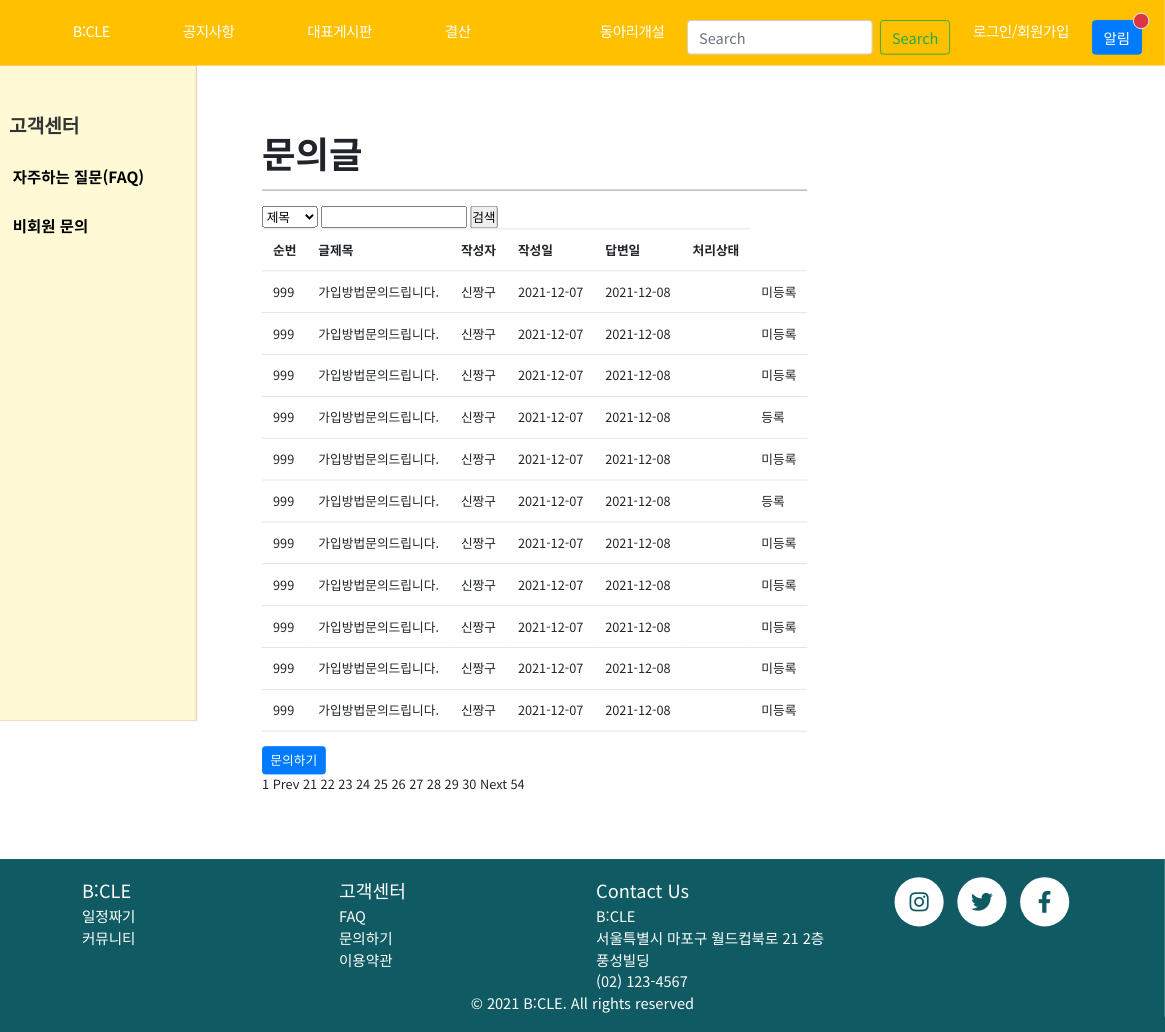
Repository: hyodii/FinalProject
Page: http://localhost/ViewPage/nonmemberQnaList.jsp
The author's editor kept a copy of each file at every save. The page is drawn from the files as they stood at one save, then again after the next save.
The browser window is 1280 px wide. The pictures show the whole page, at 91% of full size.
Some web fonts or font styles are not loaded; a fallback is used. Some web libraries are served in a nearby version. The page is served by Tomcat 9.

Above is the page before, as saved 2021-12-14 08:16:15.

### ViewPage/WebContent/nonmemberQnaList.jsp
<%@ page contentType="text/html; charset=UTF-8"%>
<%@ taglib prefix="c" uri="http://java.sun.com/jsp/jstl/core"%>
<%
   request.setCharacterEncoding("UTF-8");
   String cp = request.getContextPath();
%>
<!DOCTYPE html>
<html>
<head>
<meta charset="UTF-8">
<title>footerNonmemberList.jsp</title>
<style type="text/css">

#content{
margin: 10vh 0vh 10vh 10vh;
}

.merge{
display : flex;
}
</style>
</head>
<body>
<!--
	footerNonmemberList.jsp
	- 푸터 - 고객센터 - 비회원 문의
-->
<div id="wrap">
	<div>
		<!-- nav 영역 -->
		<c:import url="nav.jsp"></c:import>

		<!-- 게시판 이동 영역 -->



		<div class="merge">
		<!-- 사이드바 -->
		<div>
			<c:import url="sidebarQna.jsp"></c:import>
		</div>


		<!-- 콘텐츠 영역 -->
		<div id="content">
			<h1>문의글</h1>
			<hr>

			<div id="search">
				<form action="" name="searchForm" method="post">
					<select name="searchKey" class="selectField">
						<option value="subject">제목</option>
						<option value="name">작성자</option>
					</select> <input type="text" name="searchValue" class="textField">
					<input type="button" value="검색" class="btn2" onclick="sendIt()">
				</form>
			</div>

			<table id="questionList" class="table">
				<tr>
					<th>순번</th>
					<th>글제목</th>
					<th>작성자</th>
					<th>작성일</th>
					<th>답변일</th>
					<th>처리상태</th>
				</tr>

				<tr>
					<td>999</td>
					<td>가입방법문의드립니다.</td>
					<td>신짱구</td>
					<td>2021-12-07</td>
					<td>2021-12-08</td>
					<td></td>
					<td>미등록</td>
				</tr>


				<tr>
					<td>999</td>
					<td>가입방법문의드립니다.</td>
					<td>신짱구</td>
					<td>2021-12-07</td>
					<td>2021-12-08</td>
					<td></td>
					<td>미등록</td>
				</tr>

				<tr>
					<td>999</td>
					<td>가입방법문의드립니다.</td>
					<td>신짱구</td>
					<td>2021-12-07</td>
					<td>2021-12-08</td>
					<td></td>
					<td>미등록</td>
				</tr>

				<tr>
					<td>999</td>
					<td>가입방법문의드립니다.</td>
					<td>신짱구</td>
					<td>2021-12-07</td>
					<td>2021-12-08</td>
					<td></td>
					<td>등록</td>
				</tr>

				<tr>
					<td>999</td>
					<td>가입방법문의드립니다.</td>
					<td>신짱구</td>
					<td>2021-12-07</td>
					<td>2021-12-08</td>
					<td></td>
					<td>미등록</td>
				</tr>
				<tr>
					<td>999</td>
					<td>가입방법문의드립니다.</td>
					<td>신짱구</td>
					<td>2021-12-07</td>
					<td>2021-12-08</td>
					<td></td>
					<td>등록</td>
				</tr>
				<tr>
					<td>999</td>
					<td>가입방법문의드립니다.</td>
					<td>신짱구</td>
					<td>2021-12-07</td>
					<td>2021-12-08</td>
					<td></td>
					<td>미등록</td>
				</tr>
				<tr>
					<td>999</td>
					<td>가입방법문의드립니다.</td>
					<td>신짱구</td>
					<td>2021-12-07</td>
					<td>2021-12-08</td>
					<td></td>
					<td>미등록</td>
				</tr>
				<tr>
					<td>999</td>
					<td>가입방법문의드립니다.</td>
					<td>신짱구</td>
					<td>2021-12-07</td>
					<td>2021-12-08</td>
					<td></td>
					<td>미등록</td>
				</tr>
				<tr>
					<td>999</td>
					<td>가입방법문의드립니다.</td>
					<td>신짱구</td>
					<td>2021-12-07</td>
					<td>2021-12-08</td>
					<td></td>
					<td>미등록</td>
				</tr>
				<tr>
					<td>999</td>
					<td>가입방법문의드립니다.</td>
					<td>신짱구</td>
					<td>2021-12-07</td>
					<td>2021-12-08</td>
					<td></td>
					<td>미등록</td>
				</tr>
			</table>

			<div class="enroll">
				<button class="btn btn-primary btn-sm" type="button"
					id="insertBoard" onclick="location.href='boardinsertform.action'">문의하기</button>
			</div>
			<div id="footer">
				<p>1 Prev 21 22 23 24 25 26 27 28 29 30 Next 54</p>

			</div>

		</div>
	</div>

	</div>


	<!-- 푸터 영역 -->
	<c:import url="footer.jsp"></c:import>




</div>

</body>
</html>

### ViewPage/WebContent/nav.jsp
<%@ page contentType="text/html; charset=UTF-8"%>
<%@ taglib prefix="c" uri="http://java.sun.com/jsp/jstl/core"%>
<%
	request.setCharacterEncoding("UTF-8");
String cp = request.getContextPath();
%>
<!DOCTYPE html>
<html lang="ko">
<head>
<meta charset="UTF-8">
<meta name="viewport" content="width=device-width, initial-scale=1">
<title>B:CLE</title>
<!-- <link rel="stylesheet" href="css/main.css"> -->
<link rel="stylesheet" href="css/font-awesome.min.css">
<link
	href="https://cdn.jsdelivr.net/npm/bootstrap@5.1.3/dist/css/bootstrap.min.css"
	rel="stylesheet"
	integrity="sha384-1BmE4kWBq78iYhFldvKuhfTAU6auU8tT94WrHftjDbrCEXSU1oBoqyl2QvZ6jIW3"
	crossorigin="anonymous">

<style>
@import
	url('https://fonts.googleapis.com/css?family=Exo+2|Noto+Sans+KR&display=swap')
	;
/*reset*/
* {
	margin: 0;
	padding: 0;
}
body {
	margin: 0;
}
h1, h2, h3, h4, h5, h6, p, ul, ol, li, dl, dt, dd {
	margin: 0;
	padding: 0;
}
h1, h2, h3, h4, h5, h6 {
	font-weight: 700;
	font-size: inherit;
}
a {
	color: inherit;
	text-decoration: inherit;
}
img {
	vertical-align: middle;
}
a img {
	border: none;
}
li {
	list-style: none;
}
address, em, i, ul {
	font-style: normal;
}
.mo {
	display: none;
}
body {
	font-family: 'Noto Sans KR', sans-serif;
	font-size: 14px;
}
header {
	font-family: 'Noto Sans KR', sans-serif;
	letter-spacing: -0.5px;
	background: rgb(255, 192, 0);
	color: white;
	height: 10vh;
	width: 100%;
	position: relative;
	margin-top: -20px;
}
.mainHeader {
	width: 100%;
	margin-top: 20px;
	box-sizing: border-box;
	vertical-align: center;
}
.mainHeader .gnbMo {
	display: none;
}
.mainHeader .gnb {
	float: left;
	margin-left: 80px;
	margin-top: 3vh;
}
.mainHeader .gnb li {
	float: left;
	margin-right: 80px;
}
.mainHeader .gnb li a {
	display: block;
	width: 100%;
	height: 100%;
	text-align: center;
	color: #fff;
	font-size: 16px;
	text-decoration-line: none;
}
.mainHeader .gnb li a:hover, .mainHeader .gnb li a:focus {
	color: #ff8342;
}
.mainHeader .tnb {
	float: right;
	margin-top: 3vh;
}
.mainHeader .tnb li {
	float: left;
	margin-right: 25px;
}
.mainHeader .tnb li a {
	display: block;
	width: 100%;
	height: 100%;
	text-align: center;
	font-size: 16px;
	color: #fff;
	text-decoration-line: none;
}
.mainHeader .tnb li:nth-child(1) a i, .mainHeader .tnb li:nth-child(2) a i
	{
	font-size: 20px;
	margin-right: 8px;
}
.mainHeader .tnb li:last-child a {
	display: block;
	width: 105px;
	line-height: 2;
	border: 1px solid #fff;
	border-radius: 30px;
	margin-top: 35px;
}
.mainHeader .tnb li:last-child a i {
	margin-left: 5px;
}
.mainHeader .tnb li:last-child a:hover {
	background: #fff;
	color: #ff8342;
	transition: all 0.3s;
}
.btn-primary {
    color: #fff;
    background-color: #105b63;
    border-color: #105b63;
}
</style>


</head>
<body>
	<!--header-->
	<header>
		<div class="mainHeader">
			<nav class="gnb">
				<ul>
					<li><a href="#">B:CLE</a></li>
					<li><a href="#">공지사항</a></li>
					<li><a href="#">대표게시판</a></li>
					<li><a href="#">결산</a></li>
				</ul>
			</nav>
			<nav class="tnb">
				<ul>

					<li><a href="#">동아리개설</a></li>

					<li>
						<form class="d-flex">
							<input class="form-control me-2" type="search"
								placeholder="Search" aria-label="Search">
							<button class="btn btn-outline-success" type="submit">Search</button>
						</form>
					</li>




					<li><a href="#"></i>로그인/회원가입</a></li>
					<li><button type="button"
							class="btn btn-primary position-relative">
							알림 <span
								class="position-absolute top-0 start-100 translate-middle p-2 bg-danger border border-light rounded-circle">
								<span class="visually-hidden">New alerts</span>
							</span>
						</button></li>
				</ul>
			</nav>
			<nav class="gnbMo">
				<a href="#"><i class="fa fa-bars" aria-hidden="true"></i></a>
			</nav>
		</div>
	</header>
</body>
</html>

<!-- 검색부분에 쓸 부트스트랩 -->
<!--       <form class="d-flex">
        <input class="form-control me-2" type="search" placeholder="Search" aria-label="Search">
        <button class="btn btn-outline-success" type="submit">Search</button>
      </form> -->

### ViewPage/WebContent/sidebarQna.jsp
<%@ page contentType="text/html; charset=UTF-8"%>
<%@ taglib prefix="c" uri="http://java.sun.com/jsp/jstl/core"%>
<%
   request.setCharacterEncoding("UTF-8");
   String cp = request.getContextPath();
%>
<!DOCTYPE html>
<html>
<head>
<meta charset="UTF-8">
<title>sidebarQna.jsp</title>
<link rel="stylesheet" href="https://use.fontawesome.com/releases/v5.14.0/css/all.css" integrity="sha384-HzLeBuhoNPvSl5KYnjx0BT+WB0QEEqLprO+NBkkk5gbc67FTaL7XIGa2w1L0Xbgc" crossorigin="anonymous"><style type="text/css">
*
{
	margin: 0;
	padding: 0;
}

/* 사이드 메뉴 */
.left_menu
{
    /* position: fixed; */
    width: 30vh;
    height: 100vh;
    z-index: 10;
  	background: #FFFAD5;
    border-right: 1px solid rgba(0, 0, 0, 0.07);
    bottom: 50px;
    height: 100%;
    margin-top: 0px;
    padding-bottom: 0px;
    /* box-shadow: 0 0px 24px 0 rgb(0 0 0 / 6%), 0 1px 0px 0 rgb(0 0 0 / 2%); */
    color: white;
    overflow:hidden;
}

.sub_menu
{
    margin-top: 50px;
}

.left_menu>.sub_menu li:hover
{
    color: ff5858;
    background-color: #e1e1e1;
}

.left_menu>.sub_menu li
{
    color: black;
    font-size: 17px;
    font-weight: 600;
    padding: 20px 0px 8px 14px;
}

.sub_menu>h2
{
    padding-bottom: 4px;
    margin-top: 30px;
    font-size: 21px;
    font-weight: 600;
    color: #333;
    margin-left: 10px;
    margin-right: 10px;
    font-family: 'NotoKrB';
    line-height: 35px;
}

.sub_menu .fas
{
    color: #ff5858;
    font-size: 20px;
    line-height: 20px;
    float: right;
    margin-right: 20px;
}

.sub_menu>.big_menu>.small_menu li
{
    color: #797979;
    font-size: 14px;
    font-weight: 600;
    margin-left: 14px;
    padding-top: 8px;
}

.big_menu
{
    cursor: pointer;
}

ul
{
    padding-inline-start: 0px;
}

a
{
    color: #797979;
    text-decoration: none;
    background-color: transparent;
}

ul
{
    list-style: none;
}

ol,
ul
{
    margin-top: 0;
    margin-bottom: 10px;
}

.has_sub
{
    width: 100%;
}

.hide_sidemenu
{
    display: none;
}

.background
{
	background-color: #ff5858;
	width: 30vh;
	height:100vh;

}
</style>
<script type="text/javascript" src="http://code.jquery.com/jquery.min.js"></script>
<script type="text/javascript">
    $(function () {
        /* $(".left_sub_menu").hide(); */
        $(".has_sub").click(function () {
            $(".left_sub_menu").fadeToggle(300);
        });
        // 왼쪽메뉴 드롭다운
        $(".sub_menu ul.small_menu").hide();
        $(".sub_menu ul.big_menu").click(function () {
            $("ul", this).slideToggle(300);
        });

        /*
        // 외부 클릭 시 좌측 사이드 메뉴 숨기기
        $('.overlay').on('click', function () {
            $('.left_sub_menu').fadeOut();
            $('.hide_sidemenu').fadeIn();
        });
         */
    });
</script>
</head>
<body>
<div id="wrapper">
	    <!-- 왼쪽 서브 메뉴 -->
	    <div class="background">
	    <div class="left_menu">
	        <div class="sub_menu">
	            <h2>고객센터</h2>
	            <ul class="big_menu">
	                <li>자주하는 질문(FAQ)</li>
	            </ul>
	            <ul class="big_menu">
	                <li>비회원 문의</li>
	            </ul>

	        </div>
	    </div>
	    </div>
</div>

</body>
</html>

### ViewPage/WebContent/footer.jsp
<%@ page contentType="text/html; charset=UTF-8"%>
<%@ taglib prefix="c" uri="http://java.sun.com/jsp/jstl/core"%>
<%
	request.setCharacterEncoding("UTF-8");
	String cp = request.getContextPath();
%>
<!DOCTYPE html>
<html>
<head>
<meta charset="utf-8">
<title>B:CLE Footer(예비용)</title>

<link
	href="https://cdn.jsdelivr.net/npm/bootstrap@4.4.1/dist/css/bootstrap.min.css"
	rel="stylesheet">
<script
	src="https://cdn.jsdelivr.net/npm/bootstrap@4.4.1/dist/js/bootstrap.bundle.min.js"></script>
<link rel="preconnect" href="https://fonts.googleapis.com">
<link rel="preconnect" href="https://fonts.gstatic.com">
<link
	href="https://fonts.googleapis.com/css2?family=Noto+Sans+KR:wght@400;700&display=swap"
	rel="stylesheet">
<script src="https://kit.fontawesome.com/dab690a483.js" crossorigin="anonymous"></script>
<style type="text/css">

/*reset*/
* {margin: 0;padding: 0;}
body {margin: 0;}
h1, h2, h3, h4, h5, h6, p, ul, ol, li, dl, dt, dd {margin: 0; padding: 0;}
h1, h2, h3, h4, h5, h6 {font-weight: 700; }
a {color: inherit; text-decoration: inherit;}
img {vertical-align: middle;}
a img {border: none;}
li {list-style: none;}
address, em, i, ul {font-style: normal;}

/*layout*/
.mo {display: none;}
.en {font-family: 'Exo 2', sans-serif;}
body {font-family: 'Noto Sans KR', sans-serif; font-size: 14px;}
.wrap {margin: 0 auto; }

#footer-wrapper
{
	background-color: #105B63;
	font-family: 'Noto Sans KR', sans-serif;
	font-size: 12pt;
	/* position:fixed; */
}
.title
{
	font-family: 'Noto Sans KR', sans-serif;
	font-size: 15pt;
	color: white;
}

.container
{
	padding: 20px;
}

ul
{
   list-style:none;
   padding-left:0px;
}
a.menuitem
{
	text-decoration: none;
	text-align: center;
	color: white;
}
a.menuitem
{
	text-decoration: none;
	text-align: center;
	color: white;
}
a.menuitem:hover
{
	color: #FFD34E;
}

p.menuitem
{
	color: white;
}
.second-box
{
  display: flex;
  justify-content: flex-end;
}

.icon
{
  /* width: 40%; */
  display: flex;
  justify-content: flex-end;
  color: #105B63;
}

.icon-box
{
  width: 54px;
  height: 54px;
  background-color: white;
  border-radius: 50%;
  margin-right: 15px;
  display: flex;
  justify-content: center;
  align-items: center;
}

.icon
{
  font-size: 24px;
}
.icon:hover {
  color: #FFD34E;
}

ul.menu
{
	color: white;
}

</style>

</head>
<body>

<!-- Footer -->
<div id="footer-wrapper">
	<footer id="footer" class="container">
		<div class="row">
			<div class="col-3 col-6-medium col-12-small">

				<!-- Links -->
					<section class="widget links">
						<div class="title">B:CLE</div>
						<ul class="style2">
							<li><a href="#" class="menuitem">일정짜기</a></li>
							<li><a href="mainhome.action" class="menuitem">커뮤니티</a></li>
							<!-- <li><a href="#">Felis varius pellentesque potenti</a></li>
							<li><a href="#">Nullam scelerisque blandit leo</a></li> -->
						</ul>
					</section>

			</div>
			<div class="col-3 col-6-medium col-12-small">

				<!-- Links -->
					<section class="widget links">
						<div class="title">고객센터</div>
						<ul class="style2">
							<li><a href="#" class="menuitem">FAQ</a></li>
							<li><a href="#" class="menuitem">문의하기</a></li>
							<li><a href="#" class="menuitem">이용약관</a></li>
							<!-- <li><a href="#">Felis varius pellentesque potenti</a></li>
							<li><a href="#">Nullam scelerisque blandit leo</a></li> -->
						</ul>
					</section>

			</div>

			<div class="col-3 col-6-medium col-12-small">

				<!-- Contact -->
					<section class="widget contact last">
						<div class="title">Contact Us</div>

						<p class="menuitem">B:CLE<br />
						서울특별시 마포구 월드컵북로 21 2층 풍성빌딩<br />
						(02) 123-4567</p>
					</section>

			</div>

			<div class="col-3 col-6-medium col-12-small">

				<!-- 아이콘 -->
				<!-- <section class="widget contact last icon"> -->
					<div class="second-box">
			              <div class="icon-box">
			                  <i class="fab fa-instagram icon"></i>
			              </div>
			              <div class="icon-box">
			                  <i class="fab fa-twitter icon"></i>
			              </div>
			              <div class="icon-box">
			                  <i class="fab fa-facebook-f icon"></i>
			              </div>
					</div>
				<!-- </section> -->

			</div>

		</div>

		<div class="row">
			<div class="col-12">
				<div id="copyright">
					<ul class="menu" style="text-align: center;">
						<li>&copy; 2021 B:CLE. All rights reserved</li>
					</ul>
				</div>
			</div>
		</div>
	</footer>
</div>

</body>
</html>

After the next save:
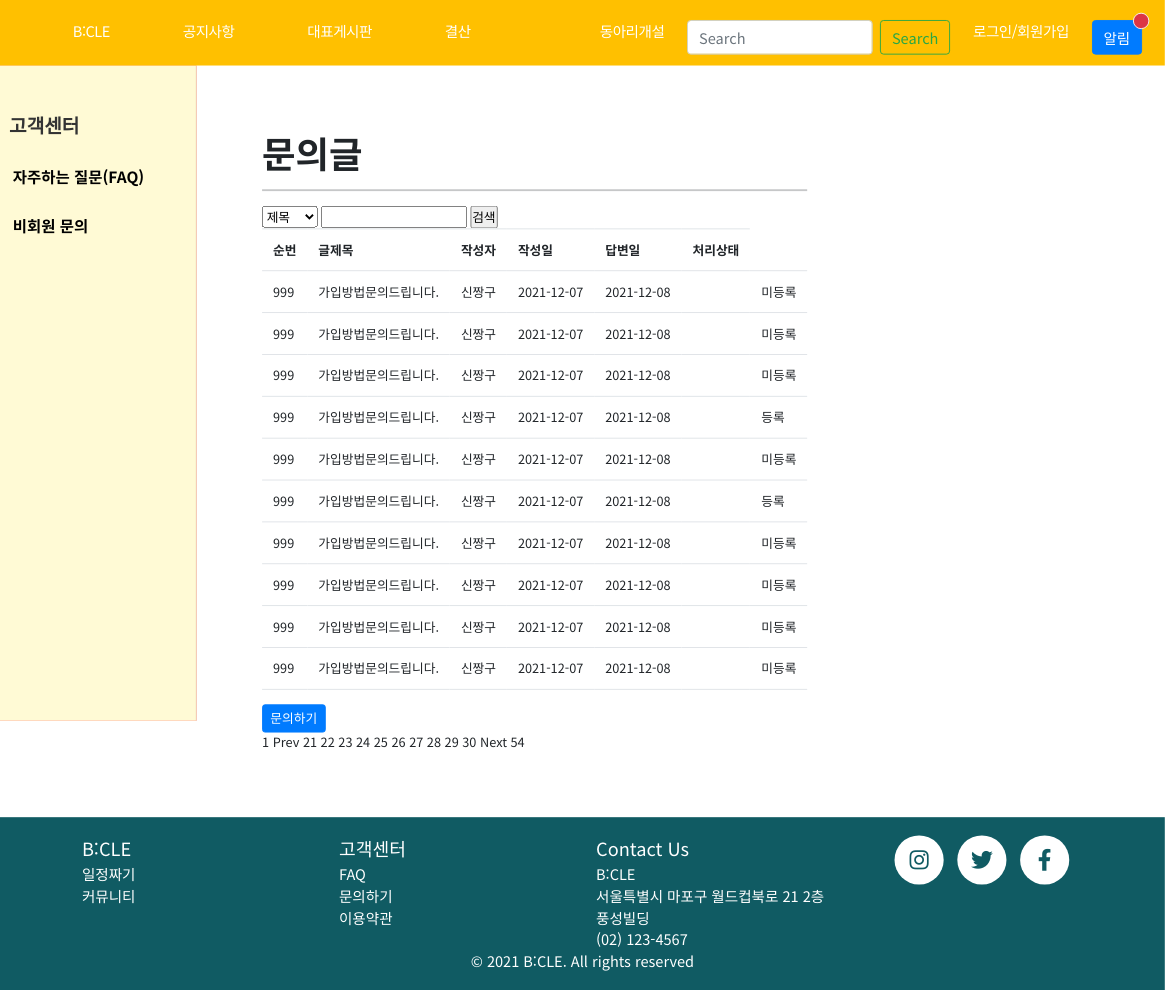
Saved 6 min 14 s later.
--- a/ViewPage/WebContent/nonmemberQnaList.jsp
+++ b/ViewPage/WebContent/nonmemberQnaList.jsp
@@ -161,15 +161,6 @@ display : flex;
 					<td></td>
 					<td>미등록</td>
 				</tr>
-				<tr>
-					<td>999</td>
-					<td>가입방법문의드립니다.</td>
-					<td>신짱구</td>
-					<td>2021-12-07</td>
-					<td>2021-12-08</td>
-					<td></td>
-					<td>미등록</td>
-				</tr>
 			</table>
 
 			<div class="enroll">
